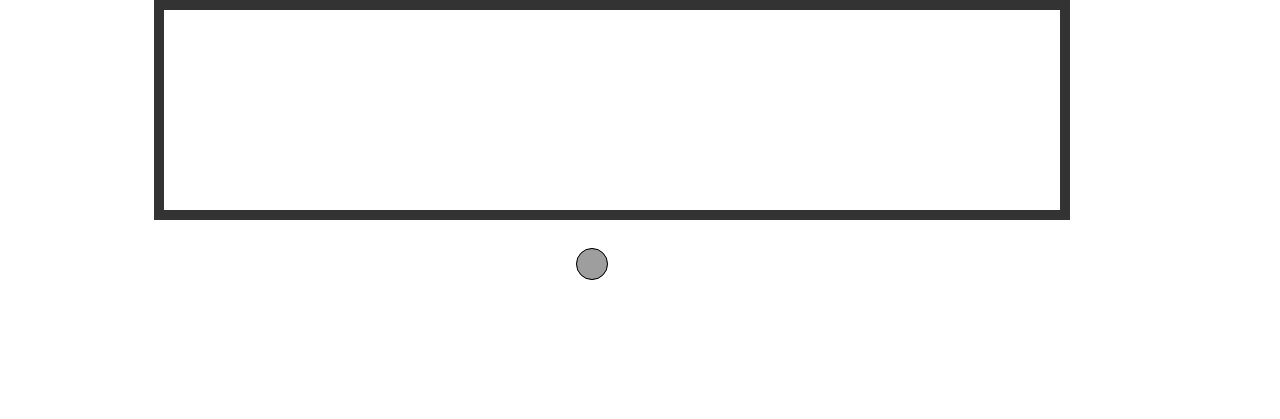
Repository: baierbao/coder
Page: TEST/muBan.html
These files come from the project's save history. The page is drawn as it stood at one moment and after the next save; the edit follows.
The browser window is 1280 px wide. The pictures show the whole page.
Pictures or frames that could not be fetched are drawn as grey boxes.

Above is the page before, as saved 2019-05-20 09:21:29.
Console error: TypeError: Cannot set properties of undefined (setting 'cssText')

### TEST/muBan.html
<!DOCTYPE html>
<html lang="en">
<head>
  <meta charset="UTF-8">
  <meta name="viewport" content="width=device-width, initial-scale=1.0">
  <meta http-equiv="X-UA-Compatible" content="ie=edge">
  <title>图片和×</title>
  <style>
      .mov{
        width: 100%;
        height: 100%;
        position: fixed;
        left: 0;
        top: 0;
        background: rgba(255,255,255,0.2);
        z-index: 100;
      }
      .modelMov{
          position:relative;
      }
      .topImg{
        width: 70%;
        height:200px;
        border:10px solid #333;
        margin-left: 12%;
        z-index: 200;
      }
      .bottomImg{
        width:30px;
        height: 30px;
        background: url(./image/closeType.png) no-repeat;
        background-size: cover;
        background-color: rgb(31, 23, 23);
        border-radius: 50%;
        border:1px solid #000;
        z-index: 200;
        position: absolute;
        left: 45%;
        margin-top: 28px;
      }
  </style>
</head>
<body>
  <div class="mov">
    <div class="modelMov">
        <div class="topImg">
            <img src="" alt="">
          </div>
          <div class="bottomImg">
             <img src="" alt="">
          </div>
    </div>

  </div>

</body>
<script type="text/javascript">
        var tap = document.querySelectorAll(".modelMov");
        console.log(tap)
        tap.style.cssText="margin-top:100px"

</script>

</html>

After the next save:
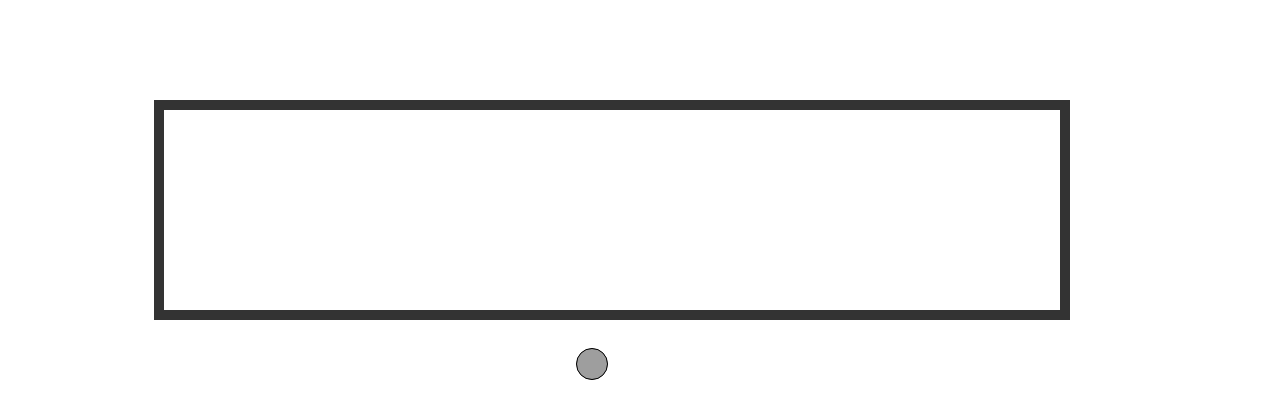
The error is gone.
Saved 59 s later.
--- a/TEST/muBan.html
+++ b/TEST/muBan.html
@@ -42,7 +42,7 @@
 </head>
 <body>
   <div class="mov">
-    <div class="modelMov">
+    <div id="div">
         <div class="topImg">
             <img src="" alt="">
           </div>
@@ -55,7 +55,7 @@
 
 </body>
 <script type="text/javascript">
-        var tap = document.querySelectorAll(".modelMov");
+        var tap = document.getElementById("div")
         console.log(tap)
         tap.style.cssText="margin-top:100px"
 
